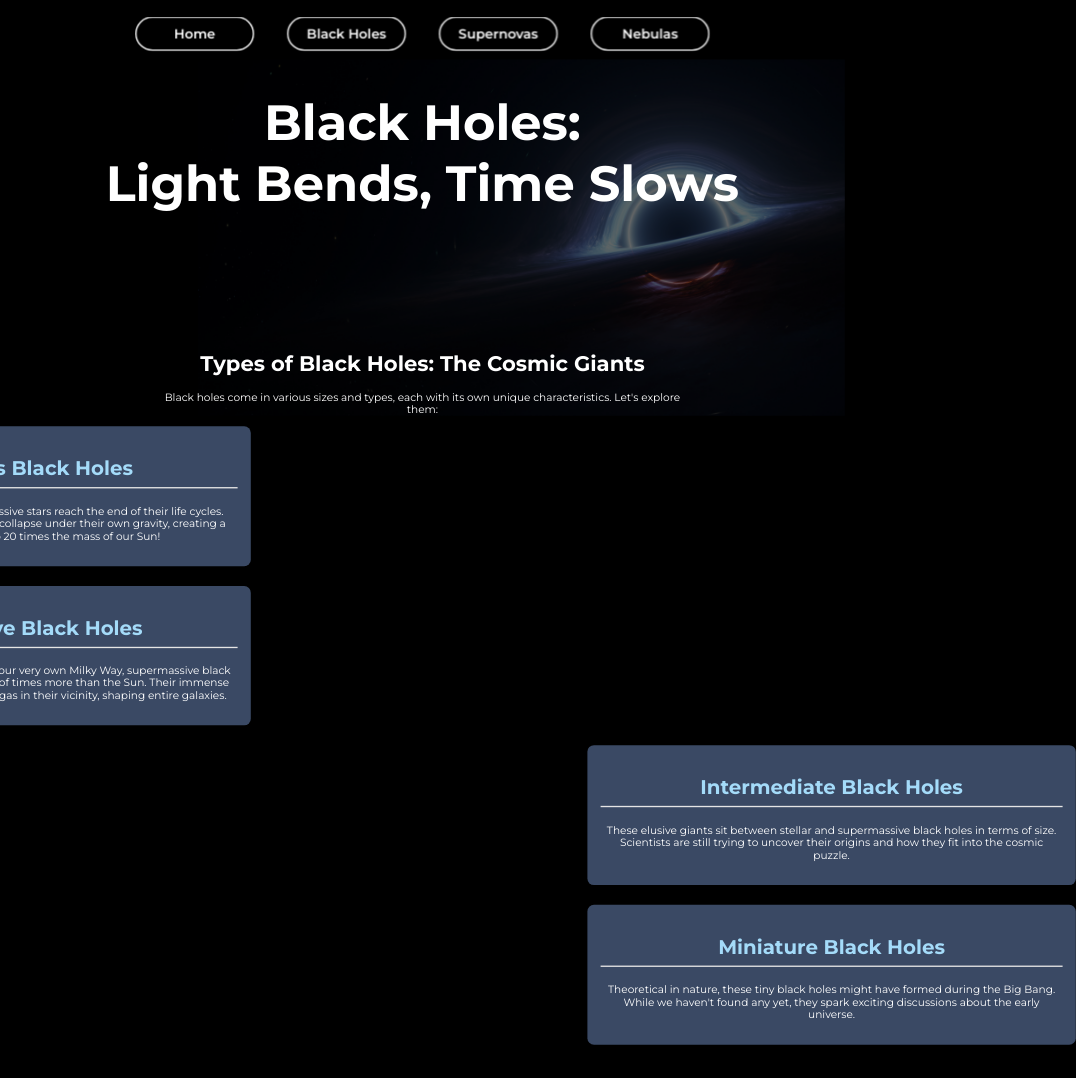
Repository: english-only/Space-Website
Page: black_hole.html
The author's editor kept a copy of each file at every save. The page is drawn from the files as they stood at one save, then again after a run of saves.
The browser window is 1280 px wide. The page is 1630 px wide, so the pictures cover 1630 px, including what lies to the right of the window. The pictures show the whole page, at 66% of full size.
Backgrounds fixed to the window are drawn as part of the page.

Above is the page before, as saved 2024-12-18 23:20:40.

After the next 3 saves:
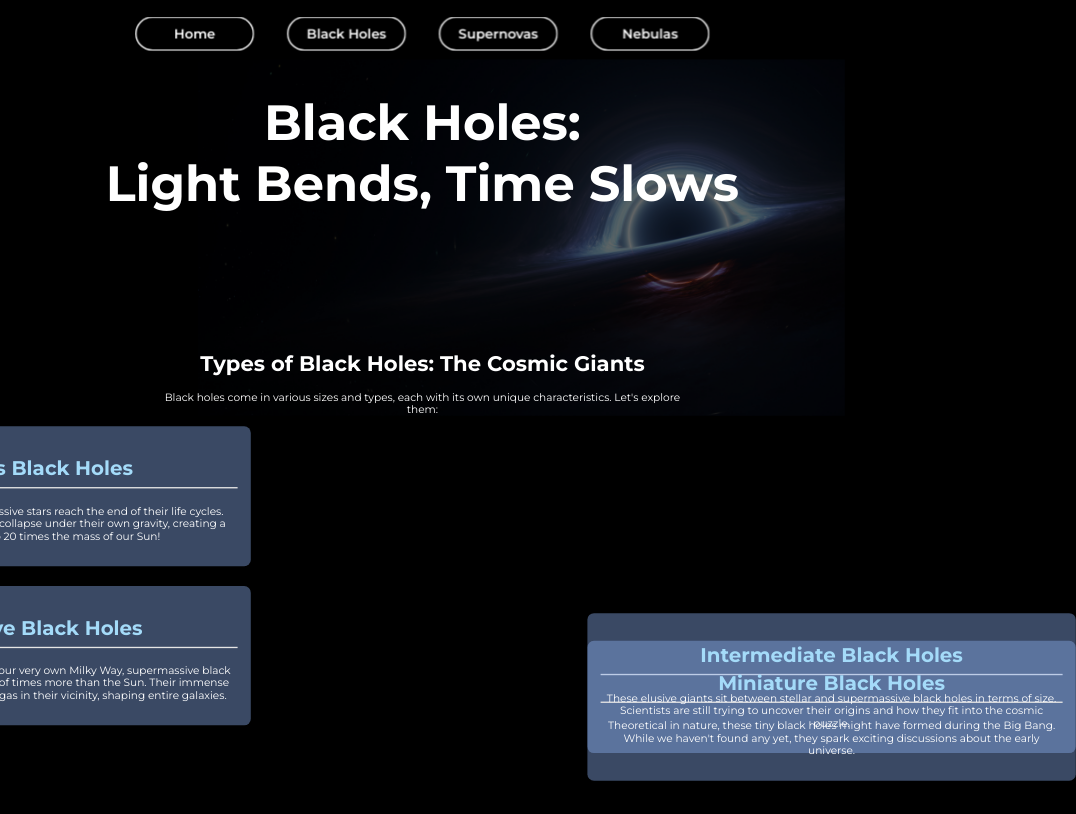
The 3 saves are shown as one change because they came seconds apart.
The last was saved 14 s later.
--- a/main.css
+++ b/main.css
@@ -363,9 +363,11 @@
   min-width: 700px;
 }
 
-.intermediate, .miniature {
+.intermediate,
+.miniature {
   margin-left: 1250px;
   min-width: 700px;
+  margin-top: -200px;
 }
 
 .black-hole-container {

After the 2 saves that followed:
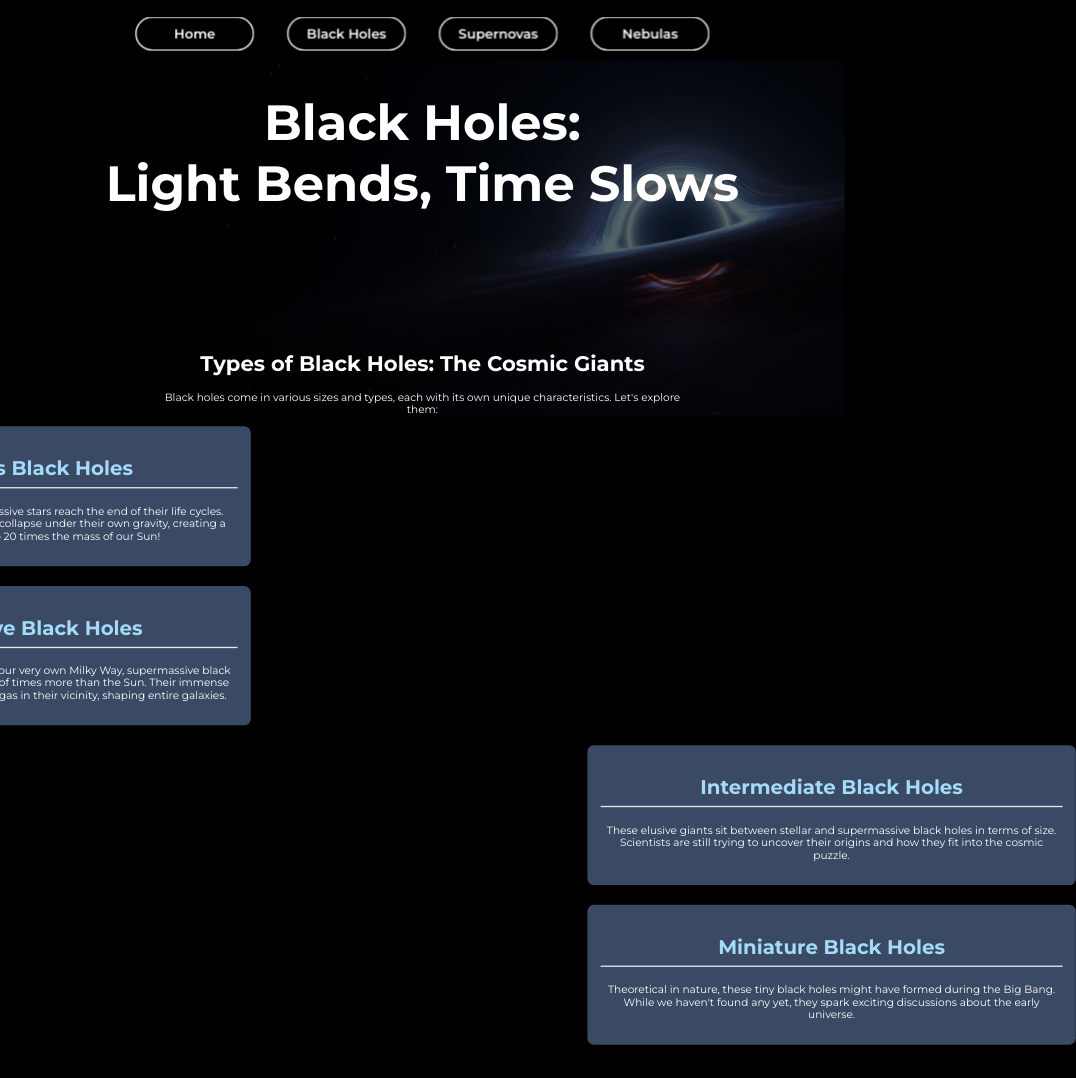
The 2 saves are shown as one change because they came seconds apart.
The last was saved 11 s later.
--- a/main.css
+++ b/main.css
@@ -367,7 +367,7 @@
 .miniature {
   margin-left: 1250px;
   min-width: 700px;
-  margin-top: -200px;
+  padding
 }
 
 .black-hole-container {
